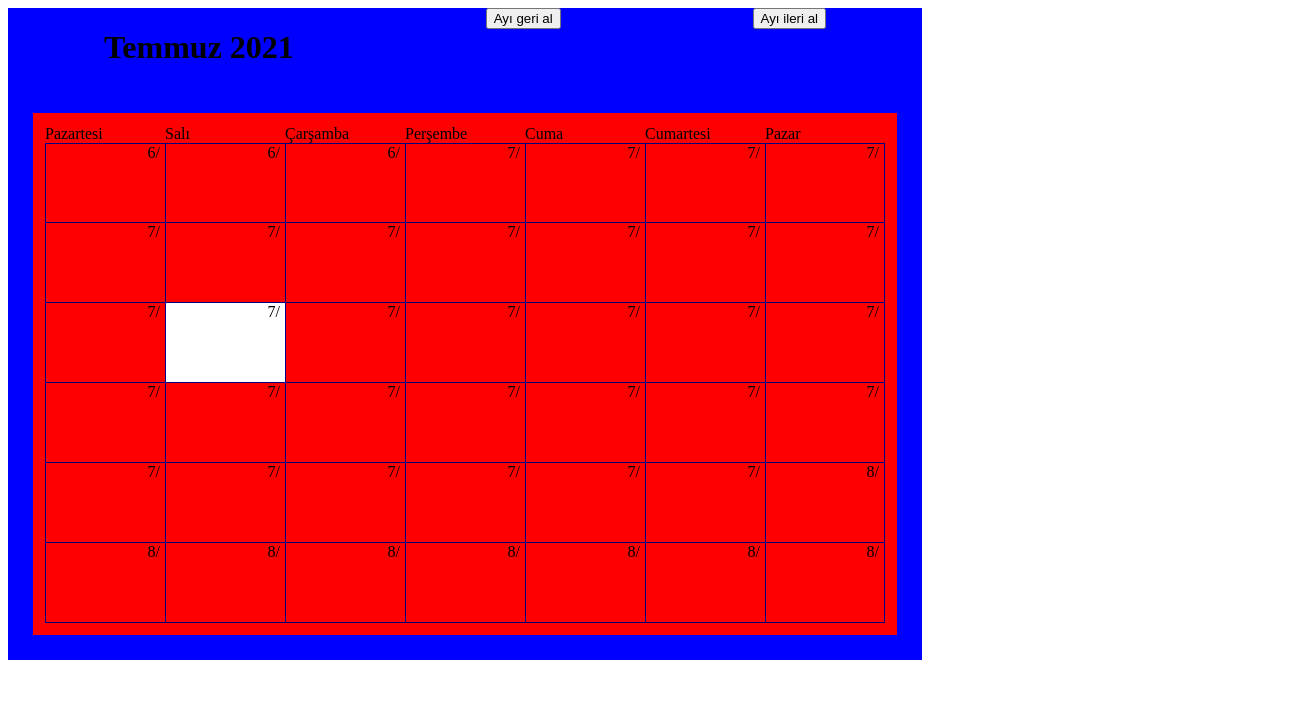
Repository: ahmetbugraozcan/javascript-calendar
Page: tablo.html
These files come from the project's save history. The page is drawn as it stood at one moment and after the next save; the edit follows.
The browser window is 1280 px wide. The page is 1280 px wide, then 1308 px, so the pictures cover 1308 px, including what lies to the right of the window. The pictures show the whole page.

Above is the page before, as saved 2021-07-13 12:02:00.

### tablo.html
<!DOCTYPE html>
<html lang="en">

<head>
    <meta charset="UTF-8">
    <meta http-equiv="X-UA-Compatible" content="IE=edge">
    <meta name="viewport" content="width=device-width, initial-scale=1.0">
    <title>Document</title>
</head>
<!--pazartesi salı çarş... için arrayler oluştur. arraylere göre günleri yerleştir.-->
<!--Veritabanı için dizi içinden kontroledivez. örneğin pazartesi[1] değeri 12 mayıs 2021 e eşitse databasede bununla eşleşen değeri getir
    ardından pazartesi[1] e eşdeğer olan id'li divin içeriği değişecek.-->

<style>
    * {
        box-sizing: border-box;
    }

    .cell-last {
        border-right: 1px solid navy;

    }

    .cell-top {
        border-top: 1px solid navy;
    }

    /* her hücre*/
    .cell,
    .cell-top,
    .cell-last {
        text-align: right;
        padding-right: 5px;
        text-overflow: clip;
        white-space: nowrap;
        overflow: hidden;
        border-bottom: 1px solid navy;
        border-left: 1px solid navy;
        width: 120px;
        height: 80px;
    }


    /*tablonun kendisi*/
    .calendar {
        margin: 25px;
        padding: 12px;
        display: flex;
        width: fit-content;
        background-color: red;
    }


    .container {
        background-color: blue;
        display: flex;
        width: fit-content;
        flex-direction: column;
    }

    .test {
        display: flex;
        justify-content: space-around;
    }
</style>

<body>

    <div class="container">

        <div class="test">
            <h1 id="currentDate"></h1>
            <span><button type="button" onclick="previousDate()">Ayı geri al</button></span>
            <span><button type="button" onclick="nextDate()">Ayı ileri al</button></span>
        </div>
        <div class="calendar">
            <div>
                <div>Pazartesi</div>
                <div class="cell-top" id="pazartesi0">1</div>
                <div class="cell" id="pazartesi1">1</div>
                <div class="cell" id="pazartesi2">1</div>
                <div class="cell" id="pazartesi3">1</div>
                <div class="cell" id="pazartesi4">1</div>
                <div class="cell" id="pazartesi5">1</div>
            </div>
            <div>
                <div>Salı</div>
                <div class="cell-top" id="sali0">1</div>
                <div class="cell" id="sali1">1</div>
                <div class="cell" id="sali2">1</div>
                <div class="cell" id="sali3">1</div>
                <div class="cell" id="sali4">1</div>
                <div class="cell" id="sali5">1</div>
            </div>
            <div>
                <div>Çarşamba</div>
                <div class="cell-top" id="carsamba0">1</div>
                <div class="cell" id="carsamba1">1</div>
                <div id="carsamba2" class="cell">1</div>
                <div id="carsamba3" class="cell">1</div>
                <div id="carsamba4" class="cell">1</div>
                <div id="carsamba5" class="cell">1</div>
            </div>
            <div>
                <div>Perşembe</div>
                <div class="cell-top" id="persembe0">1</div>
                <div class="cell" id="persembe1">1</div>
                <div id="persembe2" class="cell">1</div>
                <div id="persembe3" class="cell">1</div>
                <div id="persembe4" class="cell">1</div>
                <div id="persembe5" class="cell">1</div>
            </div>
            <div>
                <div>Cuma</div>
                <div class="cell-top" id="cuma0">1</div>
                <div class="cell" id="cuma1">1</div>
                <div id="cuma2" class="cell">1</div>
                <div id="cuma3" class="cell">1</div>
                <div id="cuma4" class="cell">1</div>
                <div id="cuma5" class="cell">1</div>
            </div>
            <div>
                <div>Cumartesi</div>
                <div class="cell-top" id="cumartesi0">1</div>
                <div class="cell" id="cumartesi1">1</div>
                <div class="cell" id="cumartesi2">1</div>
                <div class="cell" id="cumartesi3">1</div>
                <div class="cell" id="cumartesi4">1</div>
                <div class="cell" id="cumartesi5">1</div>

            </div>
            <div>
                <div>Pazar</div>
                <div id="pazar0" class="cell-top" style="border-right: 1px solid navy;">1</div>
                <div id="pazar1" class="cell-last">1</div>
                <div id="pazar2" class="cell-last">1</div>
                <div id="pazar3" class="cell-last">1</div>
                <div id="pazar4" class="cell-last">1</div>
                <div id="pazar5" class="cell-last">1</div>
            </div>
        </div>
    </div>
    <script src="takvim.js">

    </script>



</html>

### takvim.js
function daysInMonth(month, year) {
    return new Date(year, month, 0).getDate();
}
var currentDate = new Date();
var pazartesi = [];
var sali = [];
var carsamba = [];
var persembe = [];
var cuma = [];
var cumartesi = [];
var pazar = [];
var gunler = ["pazar", "pazartesi", "sali", "carsamba", "persembe", "cuma", "cumartesi"];
var baslanacakDate = new Date(currentDate.getFullYear(), currentDate.getMonth(), 1);
var currentMonth = baslanacakDate.getMonth();
var currentYear = baslanacakDate.getFullYear();

fillCalendar();

function fillCalendar() {

    var firstDate = baslanacakDate.getDay();
    if (firstDate == 0) {
        firstDate = 7;
    }
    baslanacakDate.setDate((baslanacakDate.getDate()) - (firstDate));
    // var today = new Date();
    // var todayWithoutTime = new Date(today.getFullYear(), today.getMonth(), today.getDate() );


    var counter = 0;
    for (let i = 1; i <= 42; i++) {
        baslanacakDate.setDate((baslanacakDate.getDate()) + (1));
        // bir tabloda 42 gün var o ayın kaç çektiğini bul bu aydan geriye kaç sayacağız ona bul bu aydan ileri kaç sayacağız onu bul ve ona göre bir date oluştur.
        //ardından bu for döngüsünü kullan

        // if(baslanacakDate.toDateString() ==  todayWithoutTime.toDateString()){
        //     console.log("bugün eşitlendi : " + i);
        //     counter = i;
        // }

        switch (baslanacakDate.getDay()) {
            case 0:
                pazar.push(baslanacakDate.toLocaleDateString());

                break;
            case 1:
                pazartesi.push(baslanacakDate.toLocaleDateString());
                break;
            case 2:
                sali.push(baslanacakDate.toLocaleDateString());
                break;
            case 3:
                carsamba.push(baslanacakDate.toLocaleDateString());
                break;

            case 4:
                persembe.push(baslanacakDate.toLocaleDateString());
                break;

            case 5:
                cuma.push(baslanacakDate.toLocaleDateString());
                break;

            case 6:
                cumartesi.push(baslanacakDate.toLocaleDateString());
                break;
        }
    }


    document.getElementById("currentDate").innerHTML = getMonthAsString(currentMonth) + " " + currentYear ;
    for (let i = 0; i < 6; i++) {
        document.getElementById(`pazar${i}`).innerHTML = getDayAsString(pazar[i]);
        document.getElementById(`pazartesi${i}`).innerHTML = getDayAsString(pazartesi[i]);
        document.getElementById(`sali${i}`).innerHTML = getDayAsString(sali[i]);
        document.getElementById(`carsamba${i}`).innerHTML = getDayAsString(carsamba[i] );
        document.getElementById(`persembe${i}`).innerHTML =  getDayAsString(persembe[i]);
        document.getElementById(`cuma${i}`).innerHTML =  getDayAsString(cuma[i]);
        document.getElementById(`cumartesi${i}`).innerHTML =  getDayAsString(cumartesi[i]);

        document.getElementById(`pazar${i}`).style.backgroundColor = "red";
        document.getElementById(`pazartesi${i}`).style.backgroundColor = "red";
        document.getElementById(`sali${i}`).style.backgroundColor = "red";
        document.getElementById(`carsamba${i}`).style.backgroundColor = "red";
        document.getElementById(`persembe${i}`).style.backgroundColor = "red";
        document.getElementById(`cuma${i}`).style.backgroundColor = "red";
        document.getElementById(`cumartesi${i}`).style.backgroundColor = "red";




        if (pazar[i] == currentDate.toLocaleDateString()) {
            console.log("Bugün pazar");
            document.getElementById(`pazar${i}`).style.backgroundColor = "white";
        } else if (pazartesi[i] == currentDate.toLocaleDateString()) {
            console.log("Bugün pazartesi");
            document.getElementById(`pazartesi${i}`).style.backgroundColor = "white";
        } else if (sali[i] == currentDate.toLocaleDateString()) {
            console.log("Bugün sali");
            document.getElementById(`sali${i}`).style.backgroundColor = "white";
        } else if (carsamba[i] == currentDate.toLocaleDateString()) {
            console.log("Bugün carsamba");
            document.getElementById(`carsamba${i}`).style.backgroundColor = "white";
        } else if (persembe[i] == currentDate.toLocaleDateString()) {
            console.log("Bugün persembe");
            document.getElementById(`persembe${i}`).style.backgroundColor = "white";
        } else if (cuma[i] == currentDate.toLocaleDateString()) {
            console.log("Bugün cuma");
            document.getElementById(`cuma${i}`).style.backgroundColor = "white";
        } else if (cumartesi[i] == currentDate.toLocaleDateString()) {
            console.log("Bugün cumartesi");
            document.getElementById(`cumartesi${i}`).style.backgroundColor = "white";
        }
    }
}


function previousDate() {

    pazar = [];
    pazartesi = [];
    sali = [];
    carsamba = [];
    persembe = [];
    cuma = [];
    cumartesi = [];
    if (currentMonth > 0) {
        currentMonth--;
    } else {
        currentMonth = 11;
        currentYear--;
    }
    baslanacakDate = new Date(currentYear, currentMonth, 1);
    fillCalendar();


}
function getDayAsString(string){
    var donulecekString = "";
    if(string[0] == 0){
    }else{
        donulecekString += string[0];
    }
    donulecekString += string[1];
    return donulecekString;
}





function getMonthAsString(date){
    switch(date){
        case 0:
            return "Ocak";
        case 1:
            return "Şubat";
        case 2:
            return "Mart";
        case 3:
            return "Nisan";
         case 4:
            return "Mayıs";
        case 5:
            return "Haziran";
        case 6:
            return "Temmuz";
        case 7:
            return "Ağustos";
        case 8:
            return "Eylül";
        case 9:
            return "Ekim";
        case 10:
            return "Kasım";
        case 11:
            return "Aralık";
    }
}

function nextDate() {

    pazar = [];
    pazartesi = [];
    sali = [];
    carsamba = [];
    persembe = [];
    cuma = [];
    cumartesi = [];
    if (currentMonth < 11) {
        currentMonth++;
    } else {
        currentMonth = 0;
        currentYear++;
    }
    baslanacakDate = new Date(currentYear, currentMonth, 1);
    fillCalendar();

}

After the next save:
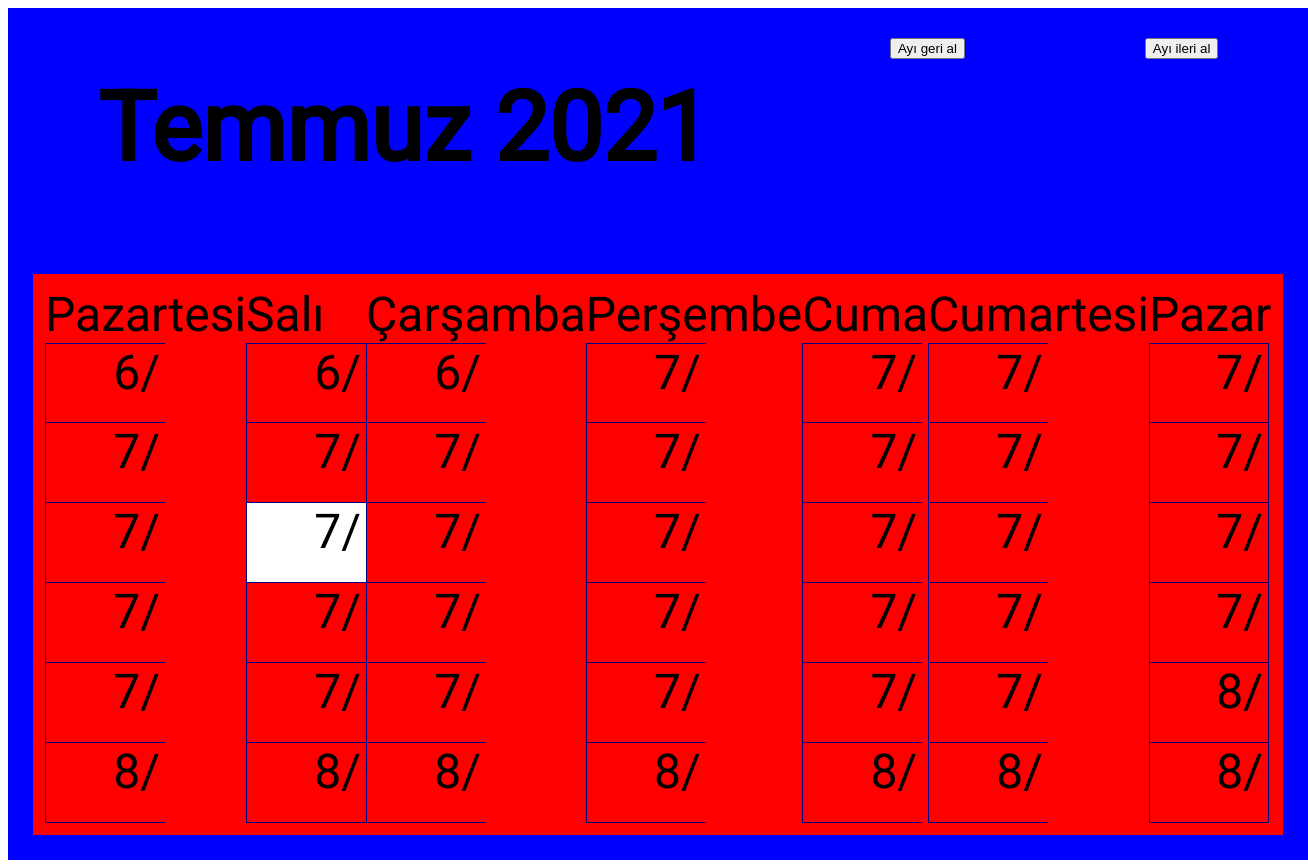
Saved 48 s later.
--- a/tablo.html
+++ b/tablo.html
@@ -2,6 +2,8 @@
 <html lang="en">
 
 <head>
+    <link href='http://fonts.googleapis.com/css?family=Roboto' rel='stylesheet' type='text/css'>
+
     <meta charset="UTF-8">
     <meta http-equiv="X-UA-Compatible" content="IE=edge">
     <meta name="viewport" content="width=device-width, initial-scale=1.0">
@@ -12,6 +14,10 @@
     ardından pazartesi[1] e eşdeğer olan id'li divin içeriği değişecek.-->
 
 <style>
+    body {
+          font-family: 'Roboto', sans-serif;
+          font-size: 48px;
+        }
     * {
         box-sizing: border-box;
     }
